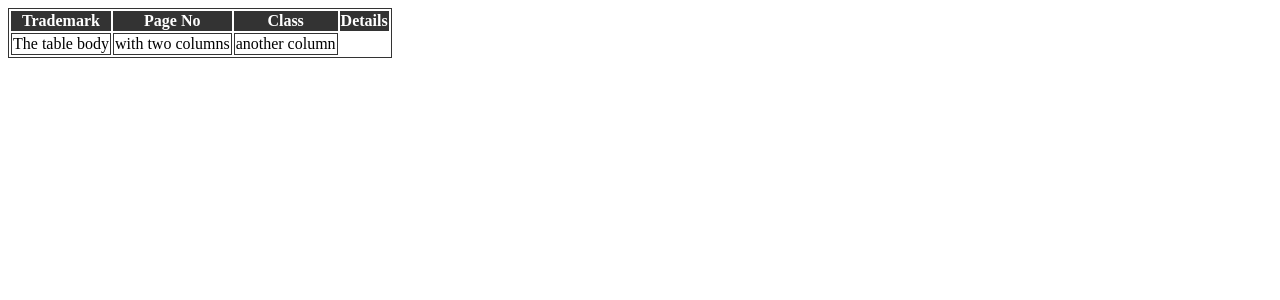
Repository: ishanbassi/trademark-gazette-searcher
Page: /
These files come from the project's save history. The page is drawn as it stood at one moment and after the next save; the edit follows.
The browser window is 1280 px wide. The pictures show the whole page.
The project was rebuilt for these pictures with package versions that can differ from the ones it lists, and the page was loaded fresh each time. The framework's server and built-in components were replaced by stand-ins that run in the browser. Also part of the build but not shown: next.config.js.

Above is the page before, as saved 2022-04-04 15:56:55.

### pages/_app.tsx
import '../styles/global.css'

export default function App({Component, pageProps}) {
    return (
        <Component {...pageProps} ></Component>
    )
}

### pages/index.tsx
import { GetServerSideProps } from "next"

export default function App() {
    return(
        <table>
            <thead>
                <tr>
                    <th>Trademark</th>
                    <th>Page No</th>
                    <th>Class</th>
                    <th>Details</th>
                </tr>
            </thead>
            <tbody>
                <tr>
                    <td>The table body</td>
                    <td>with two columns</td>
                    <td>another column</td>
                </tr>
            </tbody>
        </table>
    )
}

export const  getServerSideProps:GetServerSideProps = async () => {
    return {
        props:{
            'testing':'ishan bassii'
        }
    }
}

Loaded but not shown: styles/global.css (common file)

After the next save:
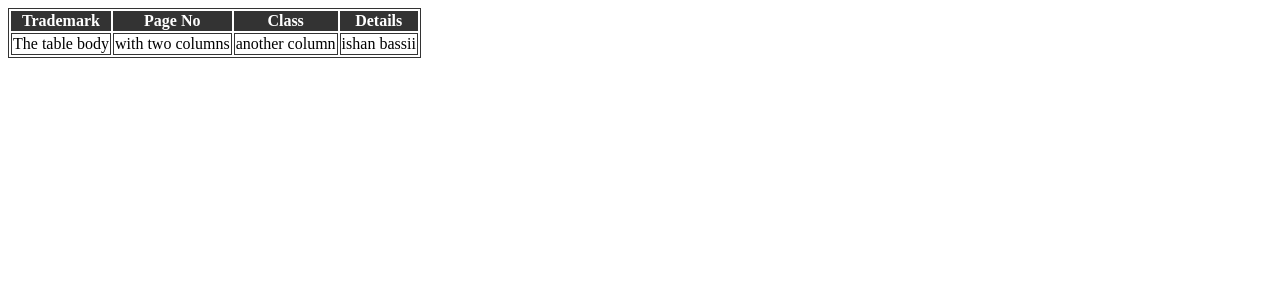
Saved 28 s later.
--- a/pages/index.tsx
+++ b/pages/index.tsx
@@ -1,6 +1,6 @@
 import { GetServerSideProps } from "next"
 
-export default function App() {
+export default function App({testing}) {
     return(
         <table>
             <thead>
@@ -16,6 +16,7 @@
                     <td>The table body</td>
                     <td>with two columns</td>
                     <td>another column</td>
+                    <td>{testing}</td>
                 </tr>
             </tbody>
         </table>

After the 2 saves that followed:
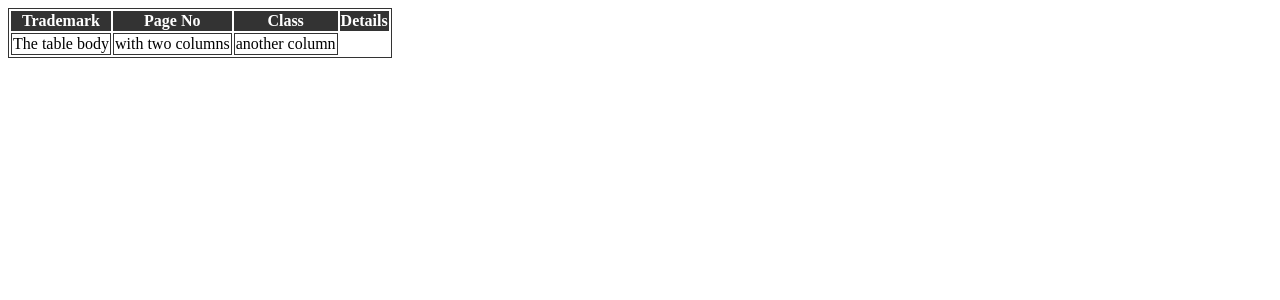
The 2 saves are shown as one change because 1 did not build or start.
The last was saved 49 s later.
--- a/pages/index.tsx
+++ b/pages/index.tsx
@@ -1,6 +1,6 @@
 import { GetServerSideProps } from "next"
 
-export default function App({testing}) {
+export default function App(props) {
     return(
         <table>
             <thead>
@@ -16,7 +16,7 @@
                     <td>The table body</td>
                     <td>with two columns</td>
                     <td>another column</td>
-                    <td>{testing}</td>
+                    {console.log(props)}
                 </tr>
             </tbody>
         </table>
